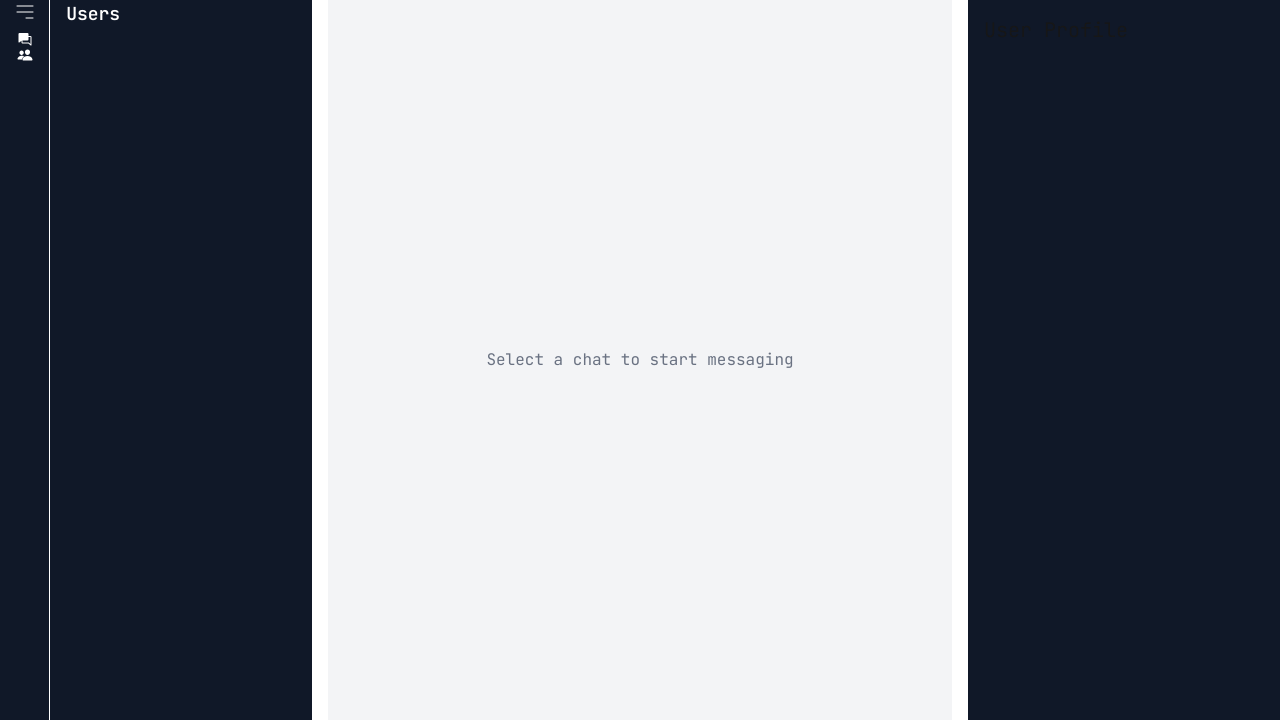
Repository: Sync-Decode/chat-app
Page: /
The author's editor kept a copy of each file at every save. The page is drawn from the files as they stood at one save, then again after a run of saves.
The browser window is 1280 px wide. The pictures show the whole page.
The page's requests for data from a server got no answer. The project was rebuilt for these pictures with package versions that can differ from the ones it lists, and the page was loaded fresh each time. The framework's server and built-in components were replaced by stand-ins that run in the browser. No one was signed in, and anything a server would have sent is missing. Also part of the build but not shown: next.config.mjs, src/components/Menu.jsx, src/components/Chatview.jsx.

Above is the page before, as saved 2025-06-21 16:38:39.

After the next 2 saves:
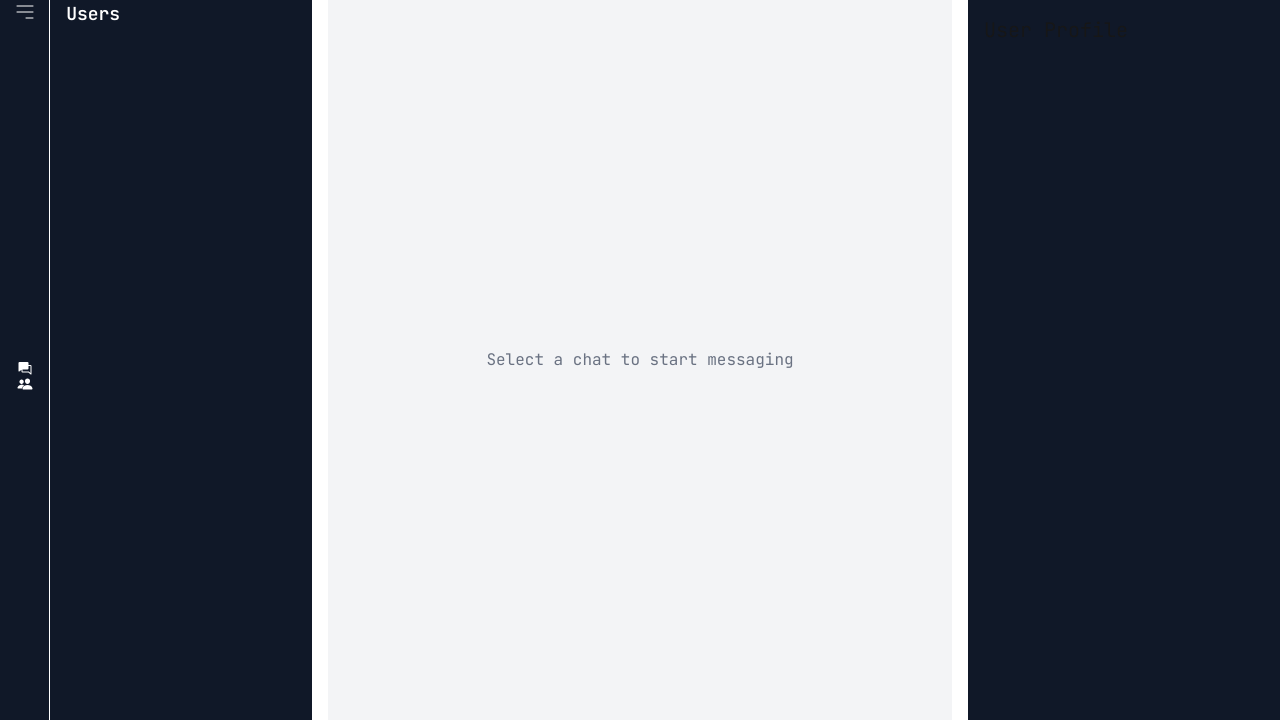
The 2 saves are shown as one change because they came seconds apart.
The last was saved 5 s later.
--- a/src/components/Sidebar.jsx
+++ b/src/components/Sidebar.jsx
@@ -14,7 +14,7 @@
 
   return (
     <div className="relative w-full h-full flex  bg-gray-900 text-white">
-      <div className="flex-1 flex flex-col justify-start items-center border-r">
+      <div className="flex-1 flex flex-col justify-between items-center border-r">
         <div onClick={() => setIsMenuHidden((prev) => !prev)}>
           <Hamburger />
         </div>

After the 2 saves that followed:
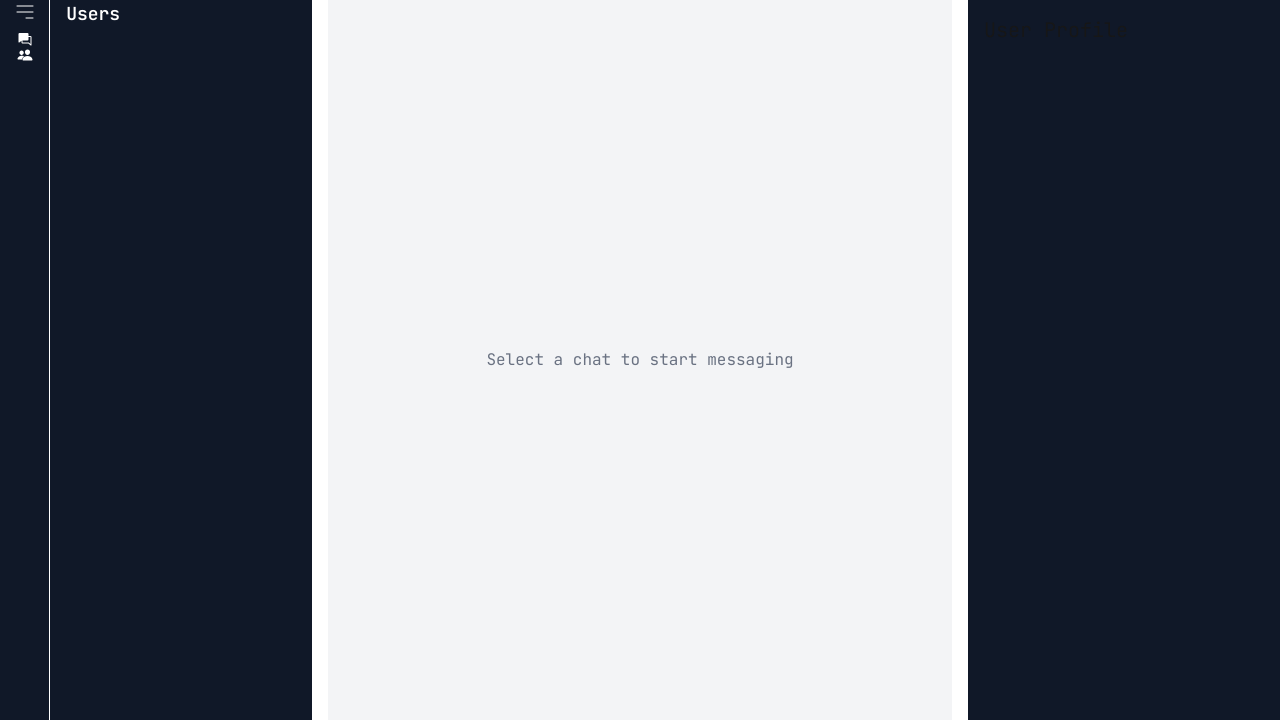
The 2 saves are shown as one change because they came seconds apart.
The last was saved 13 s later.
--- a/src/components/Sidebar.jsx
+++ b/src/components/Sidebar.jsx
@@ -14,7 +14,7 @@
 
   return (
     <div className="relative w-full h-full flex  bg-gray-900 text-white">
-      <div className="flex-1 flex flex-col justify-between items-center border-r">
+      <div className="flex-1 flex flex-col justify-start items-center border-r">
         <div onClick={() => setIsMenuHidden((prev) => !prev)}>
           <Hamburger />
         </div>
